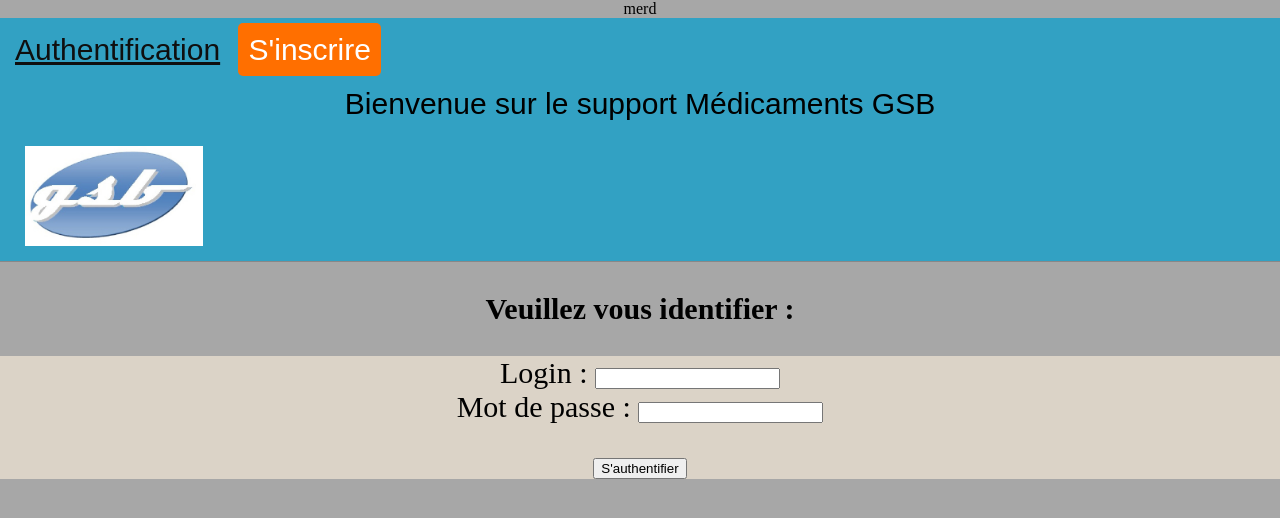
Repository: DavJnte/GSB_PHP
Page: http://localhost/?target=menu
The author's editor kept a copy of each file at every save. The page is drawn from the files as they stood at one save, then again after the next save.
The browser window is 1280 px wide. The pictures show the whole page.
The page is run by PHP 8.4 with error messages shown; the project is at /var/www/html/.

Above is the page before, as saved 2021-05-17 20:06:46.

### pdo/index.php
<?php
    require("Controleur/GeneralControleur.php");
?>
<link rel="shortcut icon" href="#">

### pdo/Controleur/GeneralControleur.php
<?php
	session_start();
	if(!isset($_SESSION["autoriser"]) ||( !(isset($_REQUEST["target"]) && $_REQUEST["target"] == "inscription"))){
		require("Models/login.php");
	}else{
		if(isset($_REQUEST["target"])){
			switch($_REQUEST["target"]){
				case "approv":
					require("Models/approv.php");
					break;
				case "changement":
					require("Models/changement.php");
					break;
				case "contacter":
					require("Models/contacter.php");
					break;
				case "contexte":
					require("Models/contexte.php");
					break;
				case "fconnexion":
					require("Models/form_connexion.php");
					break;
				case "fisncription":
					require("Models/form_inscription.php");
					break;
				case"deconnexion":
					require("Models/deconnexion.php");
					break;
				case "fmodification":
					require("Models/form_modification.php");
					break;
				case "info":
					require("Models/info.php");
					break;
				case "inscription":
					require("Models/inscription.php");
					break;
				case "menu":
					require("Models/menu.php");
					break;
				case "bienvenue":
					require("Models/bienvenue.php");
					break;
				case "login":
					require("Models/login.php");
					break;
				case "modifier":
					require("Models/modifier.php");
					break;
				case "newfam":
					require("Models/newfam.php");
					break;
				case "probleme":
					require("Models/probleme.php");
					break;
				case "recherche":
					require("Models/recherche.php");
					break;
				case "session":
					require("Models/session.php");
					break;
				case "supp":
					require("Models/supp.php");
					break;
				case "supprimer":
					require("Models/supprimer.php");
					break;
				case "valid_mod":
					require("Models/valid_mod.php");
					break;
			}

		}else{
			require("Models/login.php");
		}
	}



?>

### pdo/Models/login.php
<?php
	echo("merd");

include(__DIR__ .'/../Vues/co_utilisateur.php');

if(!isset($_SESSION["autoriser"])){
    include(__DIR__ .'/../Models/form_connexion.php');
    #Message d'erreur si utilisateur rempli mal le formulaire
    include(__DIR__ .'/../Models/message_login.php');
}


?>

### pdo/Vues/co_utilisateur.php
<?php
	@$login=$_POST["login"];
	@$pass=$_POST["pass"];
	@$valider=$_POST["valider"];
	$message="";
	if(isset($valider)){
		include(__DIR__ ."/../Models/connexion.php");
		$res=$bdd->prepare("select * from users where login=? and pass=? limit 1");
		$res->setFetchMode(PDO::FETCH_ASSOC);
		$res->execute(array($login,md5($pass)));
		$tab=$res->fetchAll();
		if(count($tab)==0)
			$message="<li>Mauvais Pseudo ou mot de passe!</li>";
		else{
			$_SESSION["autoriser"]="oui";
			$_SESSION["nomPrenom"]=strtoupper($tab[0]["nom"]." ".$tab[0]["prenom"]);
			include(__DIR__ .'/../Models/session.php');
		}
	}
?>

### pdo/Models/form_connexion.php
<html>
	<head>
		<link rel="stylesheet" type="text/css" href="../pdo/css/style.css" />
	</head>
	<body>
    <!--Menu pour naviguer-->
		<header>
			<u>Authentification</u>
			<a href="?target=inscription">S'inscrire</a>
			<h1>Bienvenue sur le support Médicaments GSB</h1>
			<img src="../pdo/img/gsb (1).jpg" height="100px"/>  <!--Image GSB-->
		</header>

		<!--Formulaire d'authentification-->
		<h3>Veuillez vous identifier :</h3>
		<form name="fo" method="post" action="">
			<label>Login :</label>
			<input type="text" name="login" value="" />
			<br>
			<label>Mot de passe :</label>
			<input type="password" name="pass" />
			<br>
			<br>
			<input type="submit" name="valider" value="S'authentifier" />
		</form>

        </body>
</html>

### pdo/Models/message_login.php
<?php if(!empty($message)){ ?>
		<div id="message"><?php echo $message ?></div>
<?php } ?>

### pdo/css/style.css
body{
    height: auto;
    width: auto;
    background-color: rgb(167, 167, 167);
    margin:0;
	padding:0;
    text-align: center;
}


header{
	text-align:left;
	padding:15px;
	background-color:rgba(33, 160, 199, 0.87);
	color:rgb(15, 15, 15);
	font: 30px arial;
	border-bottom:solid 1px #888;
}

img{
    margin-top:5px;
    margin-left: 10px;
}

h2,h1{
    text-align: center;
    font: 30px arial;
    color: black;
}

h3{
    color: black;
    text-align: center;
	font-size: 30px;
}
form{
    text-align: center;
    font-size: 30px;
	background-color: rgb(219, 211, 199);
}

a{
	padding:10px; /*Taille carré orange*/
	background-color:rgb(255, 111, 0);
	text-decoration:none;
	color:#FFF;
	vertical-align: auto;
	margin-left:10px;
	border-radius:5px;/*Bord arrondi*/
}

#message{
background-color: rgb(180, 22, 22);
color: black;
}

After the next save:
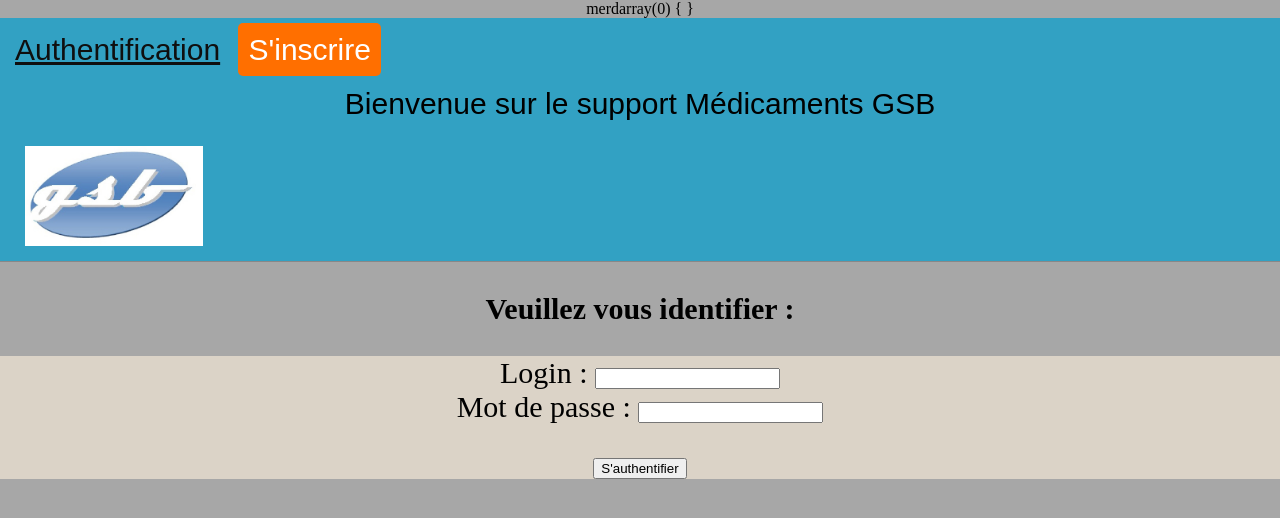
Saved 31 s later.
--- a/pdo/Models/login.php
+++ b/pdo/Models/login.php
@@ -2,8 +2,8 @@
 	echo("merd");
 
 include(__DIR__ .'/../Vues/co_utilisateur.php');
-
-if(!isset($_SESSION["autoriser"])){
+var_dump($_SESSION);
+if(!isset($_SESSION["autoriser"]) || ((isset($_SESSION["autoriser"]) && $_SESSION["autoriser"] != "oui")) ){
     include(__DIR__ .'/../Models/form_connexion.php');
     #Message d'erreur si utilisateur rempli mal le formulaire
     include(__DIR__ .'/../Models/message_login.php');

After the 3 saves that followed:
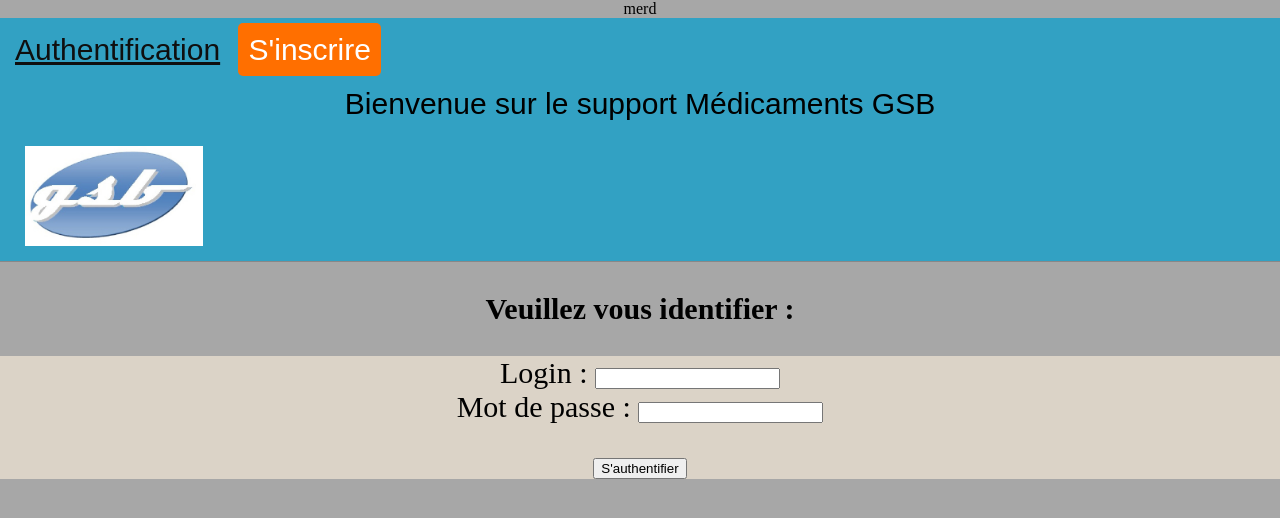
The 3 saves are shown as one change because 2 left the picture as it was.
The last was saved 110 s later.
--- a/pdo/Controleur/GeneralControleur.php
+++ b/pdo/Controleur/GeneralControleur.php
@@ -1,6 +1,6 @@
 <?php
 	session_start();
-	if(!isset($_SESSION["autoriser"]) ||( !(isset($_REQUEST["target"]) && $_REQUEST["target"] == "inscription"))){
+	if(!isset($_SESSION["autoriser"]) || !(isset($_SESSION["autoriser"]) && $_SESSION["autoriser"] != "oui")||( !(isset($_REQUEST["target"]) && $_REQUEST["target"] == "inscription"))){
 		require("Models/login.php");
 	}else{
 		if(isset($_REQUEST["target"])){
--- a/pdo/Models/login.php
+++ b/pdo/Models/login.php
@@ -2,8 +2,7 @@
 	echo("merd");
 
 include(__DIR__ .'/../Vues/co_utilisateur.php');
-var_dump($_SESSION);
-if(!isset($_SESSION["autoriser"]) || ((isset($_SESSION["autoriser"]) && $_SESSION["autoriser"] != "oui")) ){
+if(!isset($_SESSION["autoriser"]) || !(isset($_SESSION["autoriser"]) && $_SESSION["autoriser"] != "oui")||( !(isset($_REQUEST["target"]) && $_REQUEST["target"] == "inscription"))){
     include(__DIR__ .'/../Models/form_connexion.php');
     #Message d'erreur si utilisateur rempli mal le formulaire
     include(__DIR__ .'/../Models/message_login.php');
